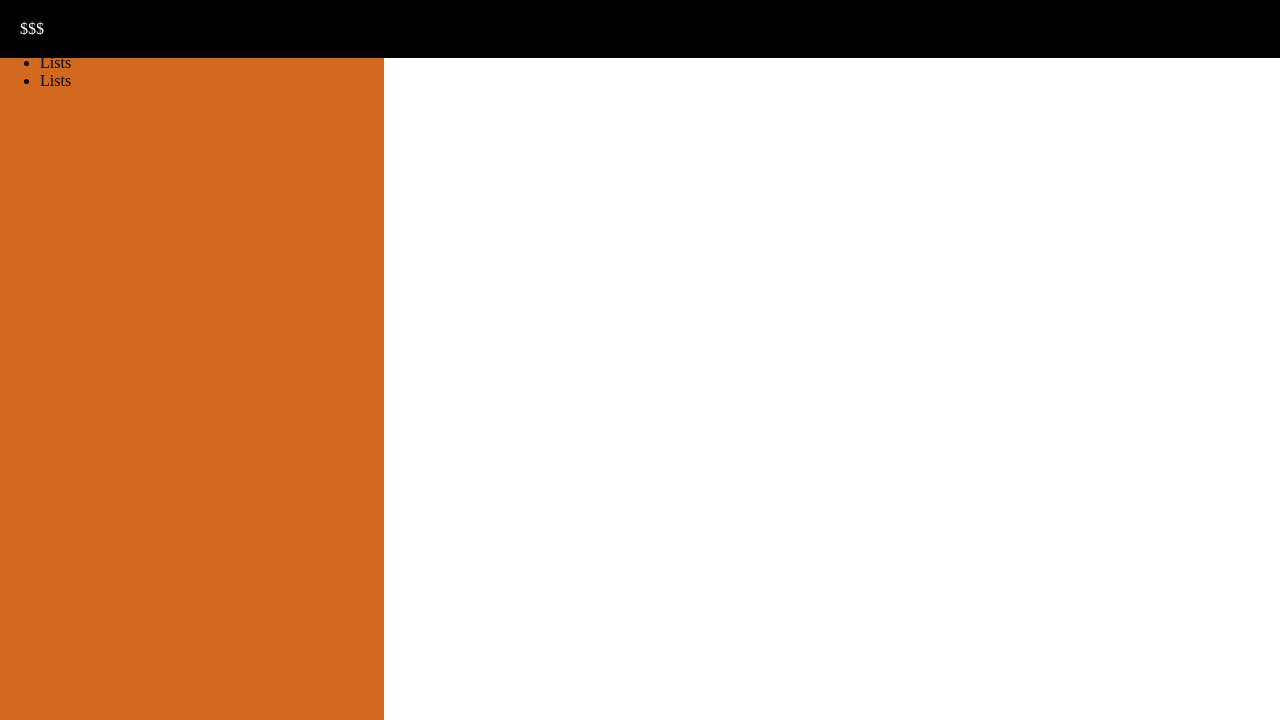
Repository: hemantsaini-7/React_Basics
Page: / (app in SIDEBAR/)
An editor plug-in stored every save of this project. The page is shown before and after the next save, followed by the edit.
The browser window is 1280 px wide. The pictures show the whole page.
The project was rebuilt for these pictures with package versions that can differ from the ones it lists, and the page was loaded fresh each time. Also part of the build but not shown: SIDEBAR/src/components/Sidebar.js.

Above is the page before, as saved 2020-11-15 20:21:41.

### SIDEBAR/src/App.js
import React from 'react';
import './App.css';
import Navbar from './components/Navbar'

function App() {
  return (
    <div>
      <Navbar/>
    </div>
  );
}

export default App;

### SIDEBAR/src/App.css
* {
  margin: 0px;
}
nav {
  background-color: black;
  color: white;
  padding: 20px;
  position: fixed;
  width: 100vw;
}
.ul {
  background-color: aqua;
}
.li {
  background-color: chartreuse;
}
.side-active {
  background-color: chocolate;
  height: 100vh;
  width: 30vw;
}
.side-deactive {
  background-color: aqua;
}

### SIDEBAR/src/components/Navbar.js
import React from 'react'
import { useState } from 'react'
import Sidebar from './Sidebar'

function Navbar() {
    const [sidebar,setsidebar]=useState(true);

const ClickHandler=()=>{
    setsidebar(!sidebar);
}

    return (
        <>
        <nav>
            <span onClick={ClickHandler}>$$$</span>
        </nav>

        <div className={sidebar ? "side-active" : "side-deactive"}>
            <ul>
                <li>Home</li>
                <li>Products</li>
                <li>Lists</li>
                <li>Lists</li>
                <li>Lists</li>
            </ul>
        </div>
        </>
    )
}

export default Navbar

Loaded but not shown: SIDEBAR/public/index.html (common file); SIDEBAR/src/index.js (common file)

After the next save:
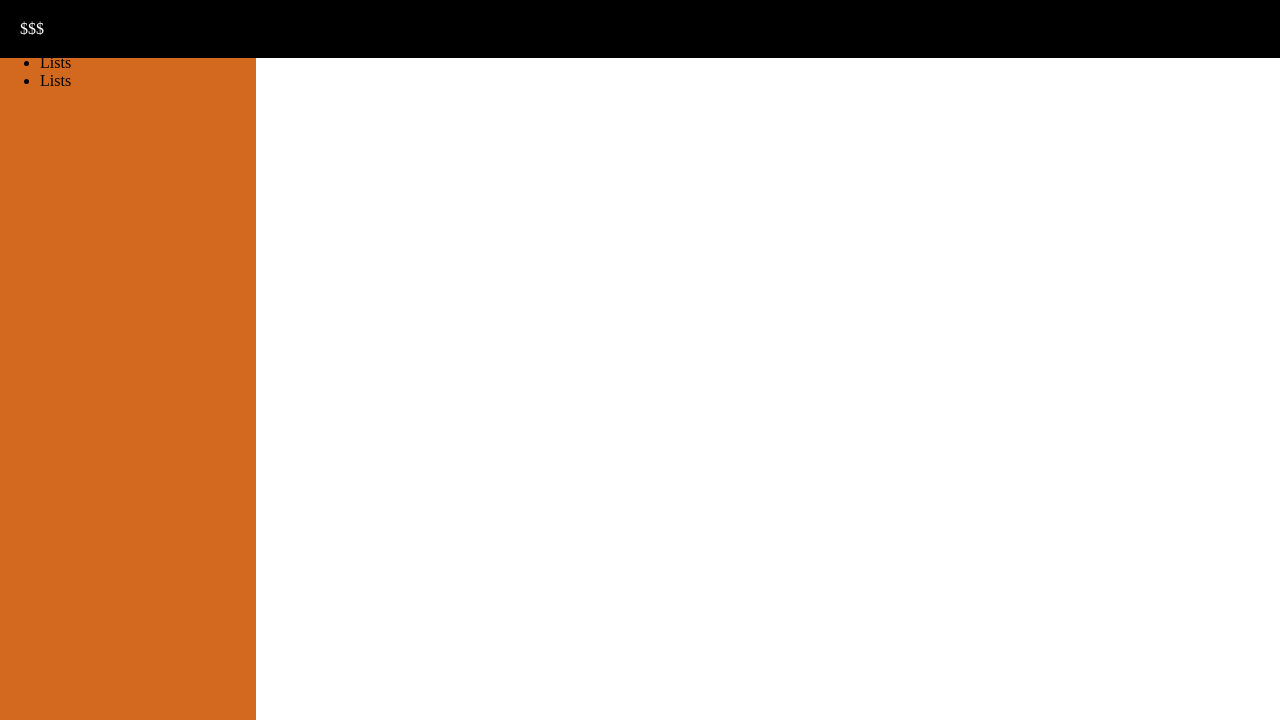
Saved 4 s later.
--- a/SIDEBAR/src/App.css
+++ b/SIDEBAR/src/App.css
@@ -17,7 +17,7 @@ nav {
 .side-active {
   background-color: chocolate;
   height: 100vh;
-  width: 30vw;
+  width: 20vw;
 }
 .side-deactive {
   background-color: aqua;
